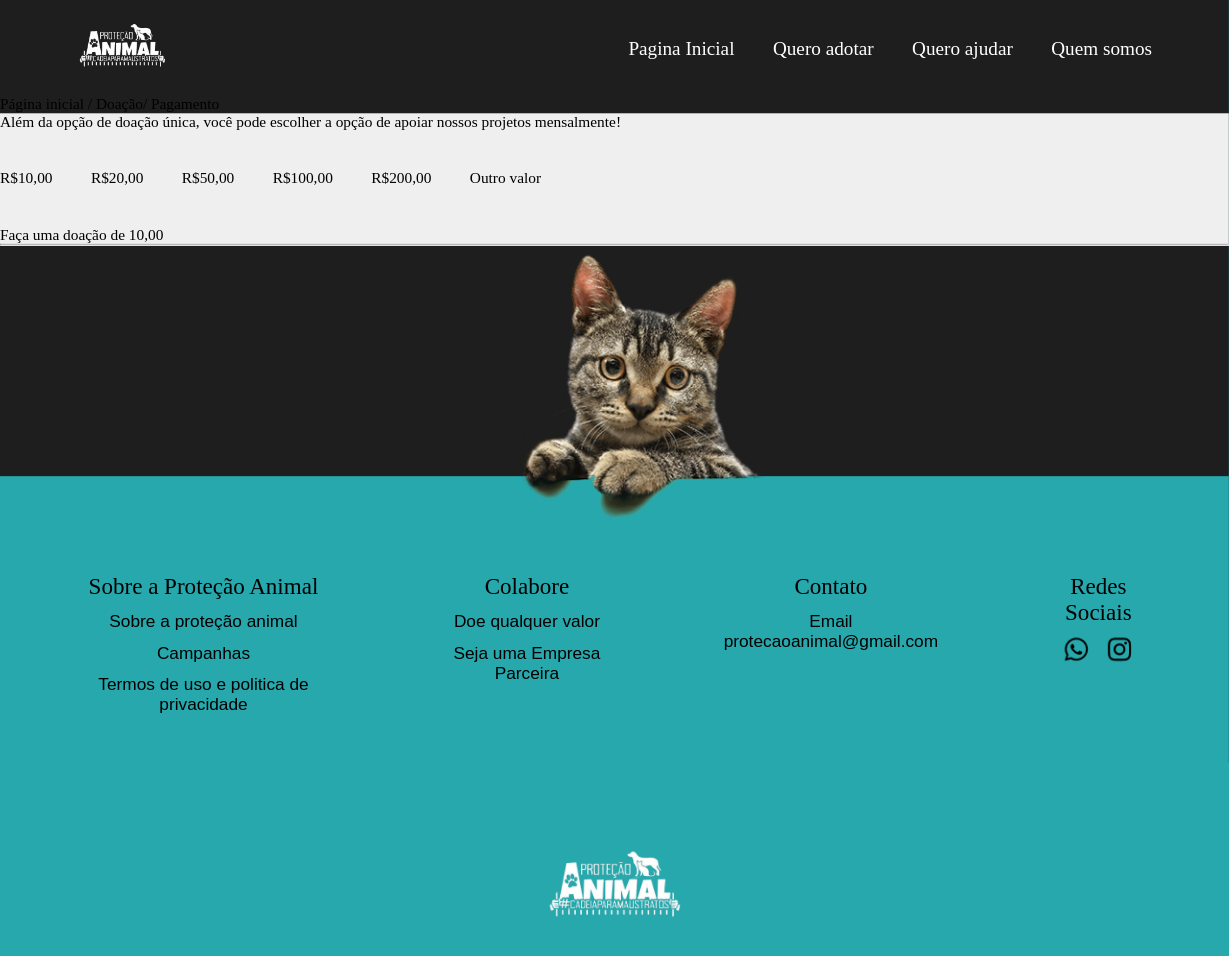
Repository: edjunior-nascimento/protecao-animal-web
Page: src/pages/formulario-doacao/index.html
These files come from the project's save history. The page is drawn as it stood at one moment and after a run of saves; the edit follows.
The browser window is 1280 px wide. The pictures show the whole page, at 96% of full size.

Above is the page before, as saved 2025-02-22 03:06:26.

### src/pages/formulario-doacao/index.html
<!DOCTYPE html>
<html lang="pt">

<head>
    <meta charset="UTF-8">
    <meta name="viewport" content="width=device-width, initial-scale=1.0">
    <title>Proteção Animal</title>
    <link rel="preconnect" href="https://fonts.googleapis.com" />
    <link rel="preconnect" href="https://fonts.gstatic.com" crossorigin />
    <meta name="viewport" content="width=device-width, initial-scale=1.0" />
    <link rel="stylesheet" href="./style.css" />
    <link>
</head>

<body>
    <header>
        <div><img class="logo" src="/src/pages/images/logo.png" alt="logo Protecao animal" /></div>
        <nav>
            <ul>
                <li>
                    <a href="#">
                        <p>Pagina Inicial</p>
                    </a>
                </li>
                <li>
                    <a href="#">
                        <p>Quero adotar</p>
                    </a>
                </li>
                <li>
                    <a href="#">
                        <p>Quero ajudar</p>
                    </a>
                </li>
                <li>
                    <a href="#">
                        <p>Quem somos</p>
                    </a>
                </li>
            </ul>
        </nav>
    </header>
    <div>
        <div class="title">
            <p>Página inicial / Doação/ Pagamento</p>
        </div>
        <main class="container">
            <div class="sub-title">
                <p>Além da opção de doação única, você pode escolher a opção de apoiar nossos projetos mensalmente!</p>
            </div>
            <div class="valor">
                <div class="parcela">

                </div>
                <div class="cota">

                </div>
                <nav>
                    <ul>
                        <li><span>R$10,00</span></li>
                        <li><span>R$20,00</span></li>
                        <li><span>R$50,00</span></li>
                        <li><span>R$100,00</span></li>
                        <li><span>R$200,00</span></li>
                        <li><span>Outro valor</span></li>
                    </ul>
                </nav>
                <div class="res"><span>Faça uma doação de 10,00</span></div>
            </div>
            <hr>
            <div class="cad">

            </div>
    </div>
    </main>
    <div class="gato"><img src="/src/pages/images/gato.png" alt=""></div>
    <footer>
        <div class="footer-container">
            <div class="footer-primary">
                <div class="footer-section-1">
                    <div>
                        <h4>Sobre a Proteção Animal</h4>
                    </div>
                    <div>
                        <p><a href="">Sobre a proteção animal</a></p>
                    </div>
                    <div>
                        <p><a href="">Campanhas</a></p>
                    </div>
                    <div>
                        <p><a href="">Termos de uso e politica de privacidade</a></p>
                    </div>
                </div>
                <div class="footer-section-2">
                    <div>
                        <h4>Colabore</h4>
                    </div>
                    <div>
                        <p><a href="">Doe qualquer valor</a></p>
                    </div>
                    <div>
                        <p><a href="">Seja uma Empresa Parceira</a></p>
                    </div>
                </div>
                <div class="footer-section-3">
                    <div>
                        <h4>Contato</h4>
                    </div>
                    <div>
                        <p>Email</p>
                        <p><a href="mailto:protecaoanimal@gmail.com">protecaoanimal@gmail.com</a></p>
                    </div>
                </div>
                <div class="footer-section-4">
                    <div>
                        <h4>Redes Sociais</h4>
                    </div>
                    <div class="social-icons">
                        <div>
                            <a href=""><img src="/src/pages/images/whatsAppIcon.png" alt="" /></a>
                        </div>
                        <div>
                            <a href=""><img src="/src/pages/images/instagramIcon.png" alt="" /></a>
                        </div>
                    </div>
                </div>
            </div>
        </div>
        <div class="footer-secondary">
            <img src="/src/pages/images/logo.png" alt="" />
        </div>
    </footer>
</body>

</html>

### src/pages/formulario-doacao/style.css
:root {
    --main-bg-color: #1e1e1e;
    --title-color: #27a8ad;
    --subtitle-color: #ffffff;
    --box-color: #ffffff;
    --link-nav-color: #ffffff;
    --card-title-color: #27a8ad;
    --footer-background: #27a8ad;
    --footer-font-color: #000000;
    --maim-color: #EFEFEF;
  }

  * {
    height: max-content;
    font-family: "Jockey One", serif;
    font-style: normal;
    margin: 0px;
    padding: 0px;
  }

  body {
    background-color: var(--main-bg-color);

  }

  a {
    text-decoration: none;
  }

  header {
    height: 100px;
    display: flex;
    flex-direction: row;
    justify-content: space-between;
    padding-inline: 80px
  }
  header div {
    display: flex;
    align-items: center;
  }
  .logo {
    height: 95px;
    width: auto;
  }
  nav {
    width: auto;
    height: 100px;
    display: flex;
    align-items: center;
  }

  nav ul {
    list-style-type: none;
    display: flex;
    gap: 40px;
  }

  nav ul li a {
    color: var(--link-nav-color);
    font-size: 20px;
    font-weight: 400;
  }
main {
  background-color:var(--maim-color) ;
}





  .gato {
    margin-left: 42%;
    margin-bottom: -25px;
    height: 265px;
    max-width: auto;}

  footer {
    height: 500px;
    max-height: auto;
    background-color: var(--footer-background);
    padding-inline: 80px;
  }

  .footer-container {
      width: auto;
      height: 70%;
      display: flex;
      align-items: center;
      justify-content: center;
  }

  .footer-primary {
    display: flex;
    flex-direction: row;
    gap: 111px;
    align-items: flex-start;
    justify-content: center;
  }

  .footer-primary p a {
      color: var(--footer-font-color);
      font-family: "Arial", sans-serif;
  }

  .footer-primary h4 {
    font-size: 24px;
    font-weight: 400;
  }

  .footer-primary p {
      font-size: 18px;
      font-weight: 400;
      font-family: "Arial", sans-serif;
  }

  .footer-secondary {
    width: auto;
    height: 30%;
    display: flex;
    align-items: center;
    justify-content: center;
  }

  .footer-secondary img {
      height: 145px;
      width: auto
  }

  .footer-section-1, .footer-section-2, .footer-section-3, .footer-section-4 {
      display: flex;
      flex-direction: column;
      text-align: center;
      gap: 12px;
  }

  .footer-section-4 {
      align-items: center;
  }

  .social-icons {
      display: flex;
      flex-direction: row;
      gap: 20px;
  }

After the next 2 saves:
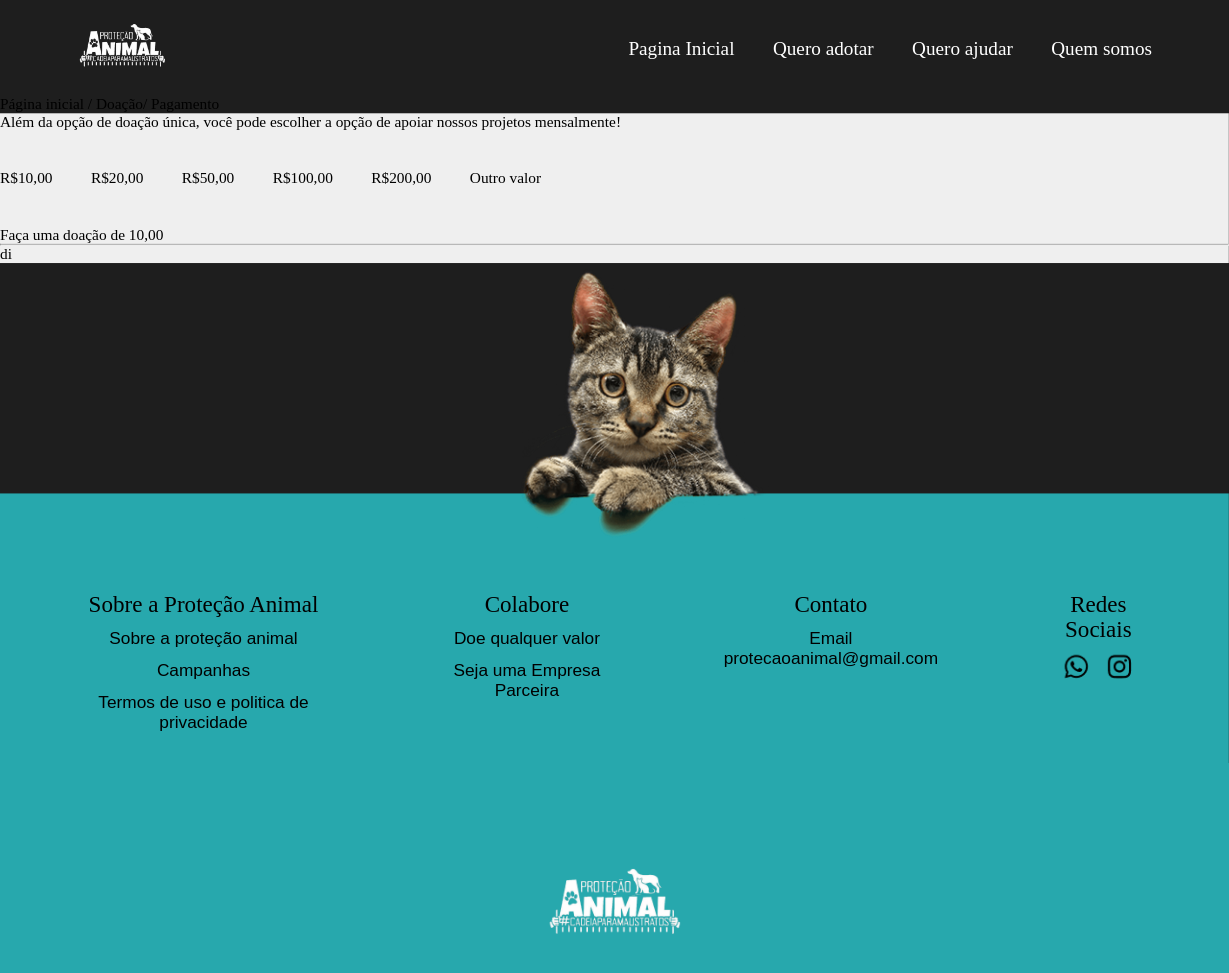
The 2 saves are shown as one change because they came seconds apart.
The last was saved 46 s later.
--- a/src/pages/formulario-doacao/index.html
+++ b/src/pages/formulario-doacao/index.html
@@ -69,7 +69,7 @@
             </div>
             <hr>
             <div class="cad">
-
+                di
             </div>
     </div>
     </main>

After the save that followed:
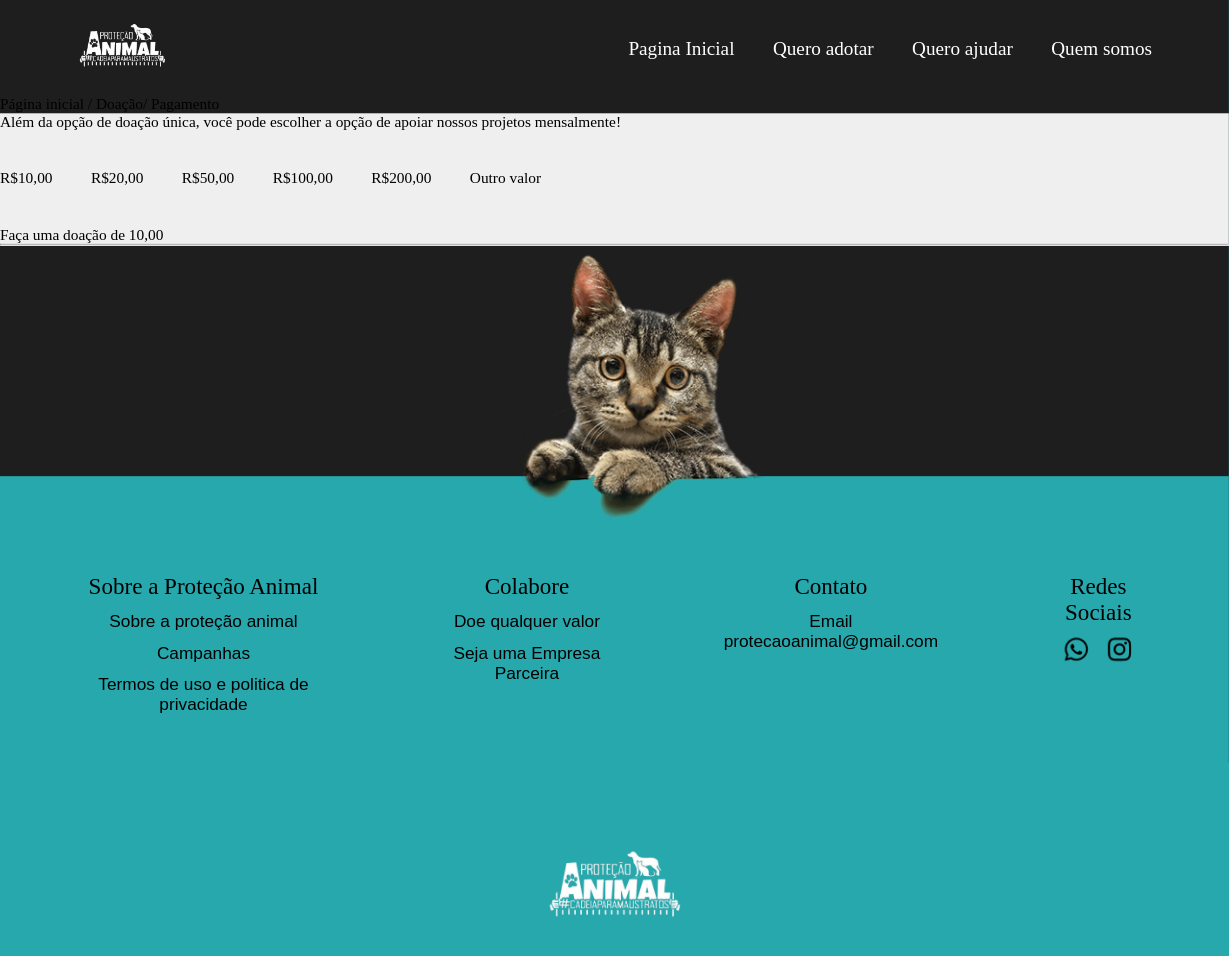
Saved 4 s later.
--- a/src/pages/formulario-doacao/index.html
+++ b/src/pages/formulario-doacao/index.html
@@ -69,7 +69,7 @@
             </div>
             <hr>
             <div class="cad">
-                di
+                <div class=""></div>
             </div>
     </div>
     </main>
